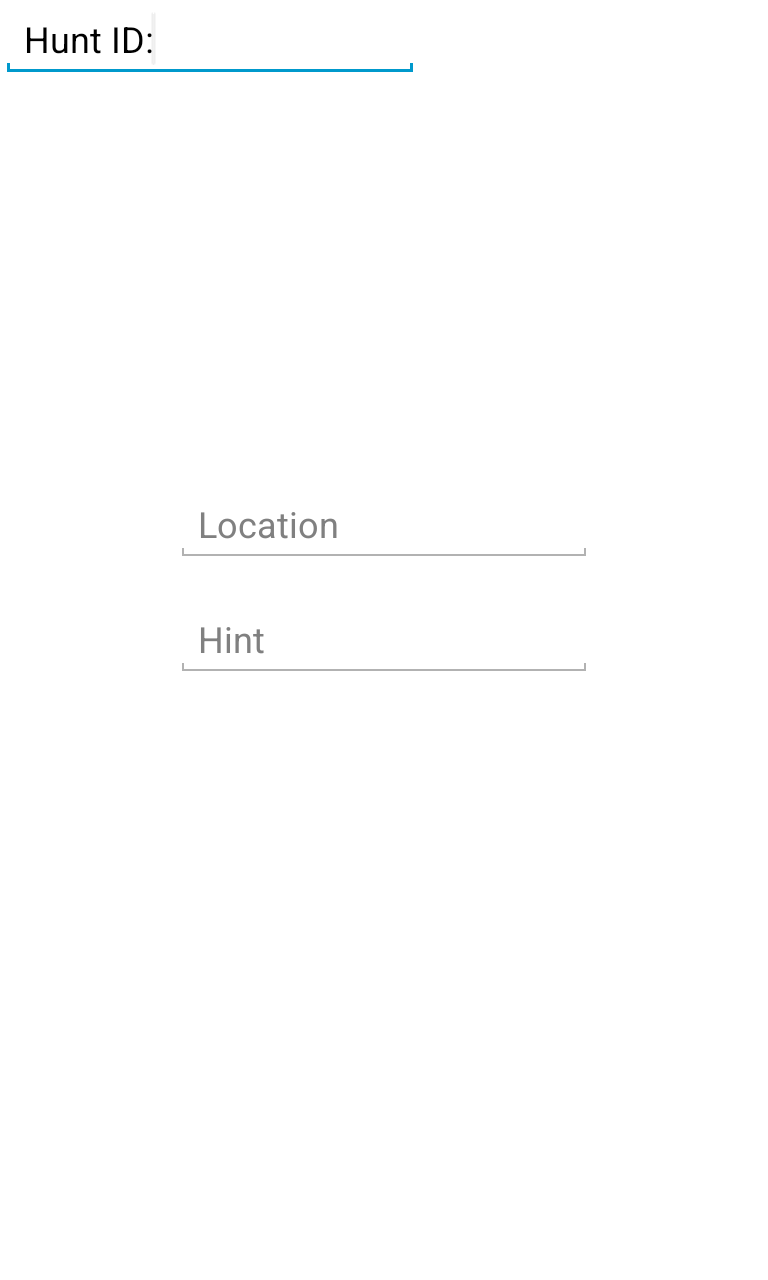
Repository: elf1218/pennapps2014s
Layout: Scavangel/res/layout/create_hunt.xml
An editor plug-in stored every save of this project. The layout is shown before and after the next save, followed by the edit.
It is drawn on a 768 x 1280 px phone screen (xhdpi) without system bars, with theme AppTheme; the app's code is not run.

Above is the layout before, as saved 2014-02-15 19:41:21.

### Scavangel/res/layout/create_hunt.xml
<?xml version="1.0" encoding="utf-8"?>
<RelativeLayout xmlns:android="http://schemas.android.com/apk/res/android"
    android:layout_width="match_parent"
    android:layout_height="match_parent" >

    <EditText
        android:id="@+id/editText1"
        android:layout_width="wrap_content"
        android:layout_height="wrap_content"
        android:layout_alignParentLeft="true"
        android:layout_alignParentTop="true"
        android:ems="10"
        android:inputType="text"
        android:text="@string/hunt" >

        <requestFocus />
    </EditText>

    <EditText
        android:id="@+id/editText3"
        android:layout_width="wrap_content"
        android:layout_height="wrap_content"
        android:layout_alignLeft="@+id/editText2"
        android:layout_centerVertical="true"
        android:ems="10"
        android:hint="@string/hint"
        android:inputType="textMultiLine" />

    <EditText
        android:id="@+id/editText2"
        android:layout_width="wrap_content"
        android:layout_height="wrap_content"
        android:layout_above="@+id/editText3"
        android:layout_centerHorizontal="true"
        android:layout_marginBottom="18dp"
        android:ems="10"
        android:hint="@string/location"
        android:inputType="text" />

</RelativeLayout>

### Scavangel/res/values/strings.xml
<?xml version="1.0" encoding="utf-8"?>
<resources>

    <string name="app_name">Scavangel</string>
    <string name="action_settings">Settings</string>
    <string name="hello_world">Hello world!</string>
    <string name="login">Log In!</string>
    <string name="pwd">Password</string>
    <string name="username">User Name</string>
    <string name="submit">Submit!</string>
    <string name="t1">test push</string>
    <string name="t2">test pull</string>
    <string name="create">Create!</string>
    <string name="participate">Participate!</string>
    <string name="hunt">Hunt ID: </string>
    <string name="location">&quot;Location&quot;</string>
    <string name="hint">Hint</string>

</resources>

Loaded but not shown: Scavangel/res/values/styles.xml (common file); Scavangel/res/values-v11/styles.xml (common file); Scavangel/res/values-v14/styles.xml (common file)

After the next save:
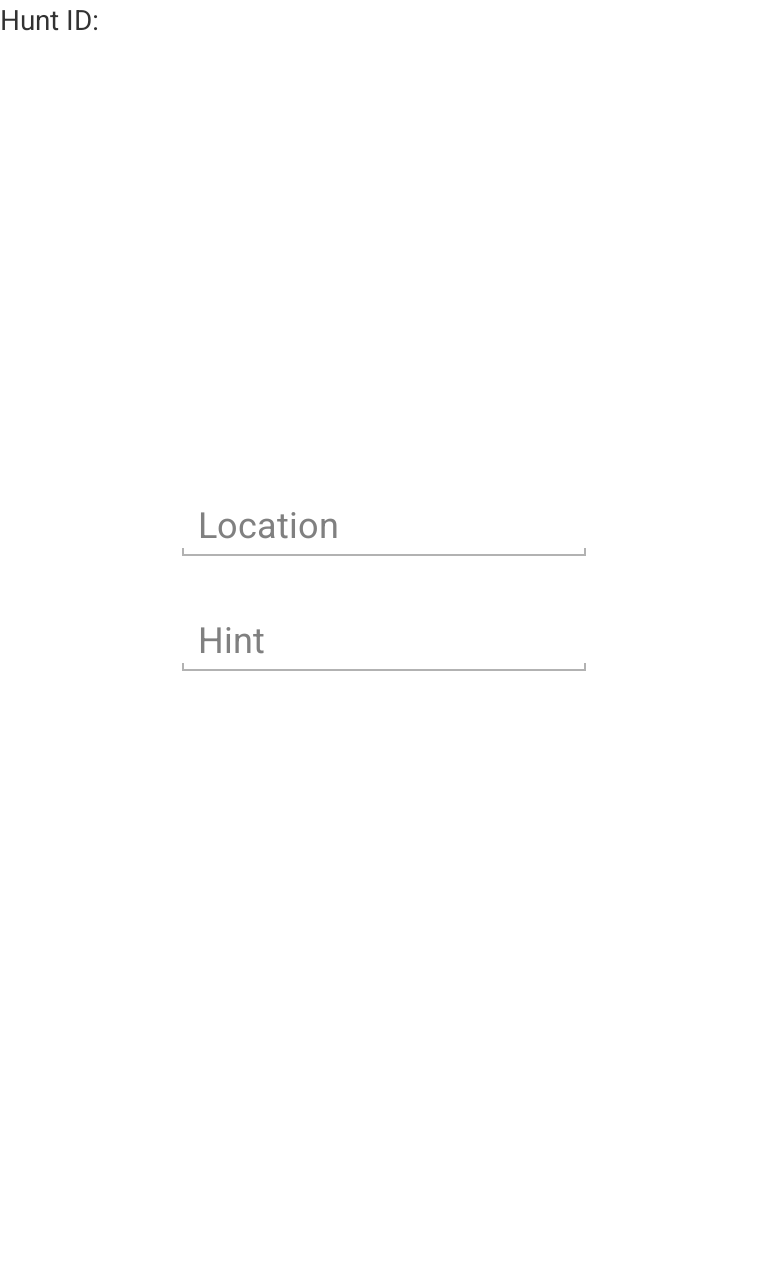
Saved 91 s later.
--- a/Scavangel/res/layout/create_hunt.xml
+++ b/Scavangel/res/layout/create_hunt.xml
@@ -3,8 +3,8 @@
     android:layout_width="match_parent"
     android:layout_height="match_parent" >
 
-    <EditText
-        android:id="@+id/editText1"
+    <TextView
+        android:id="@+id/textView1"
         android:layout_width="wrap_content"
         android:layout_height="wrap_content"
         android:layout_alignParentLeft="true"
@@ -14,7 +14,7 @@
         android:text="@string/hunt" >
 
         <requestFocus />
-    </EditText>
+    </TextView>
 
     <EditText
         android:id="@+id/editText3"
